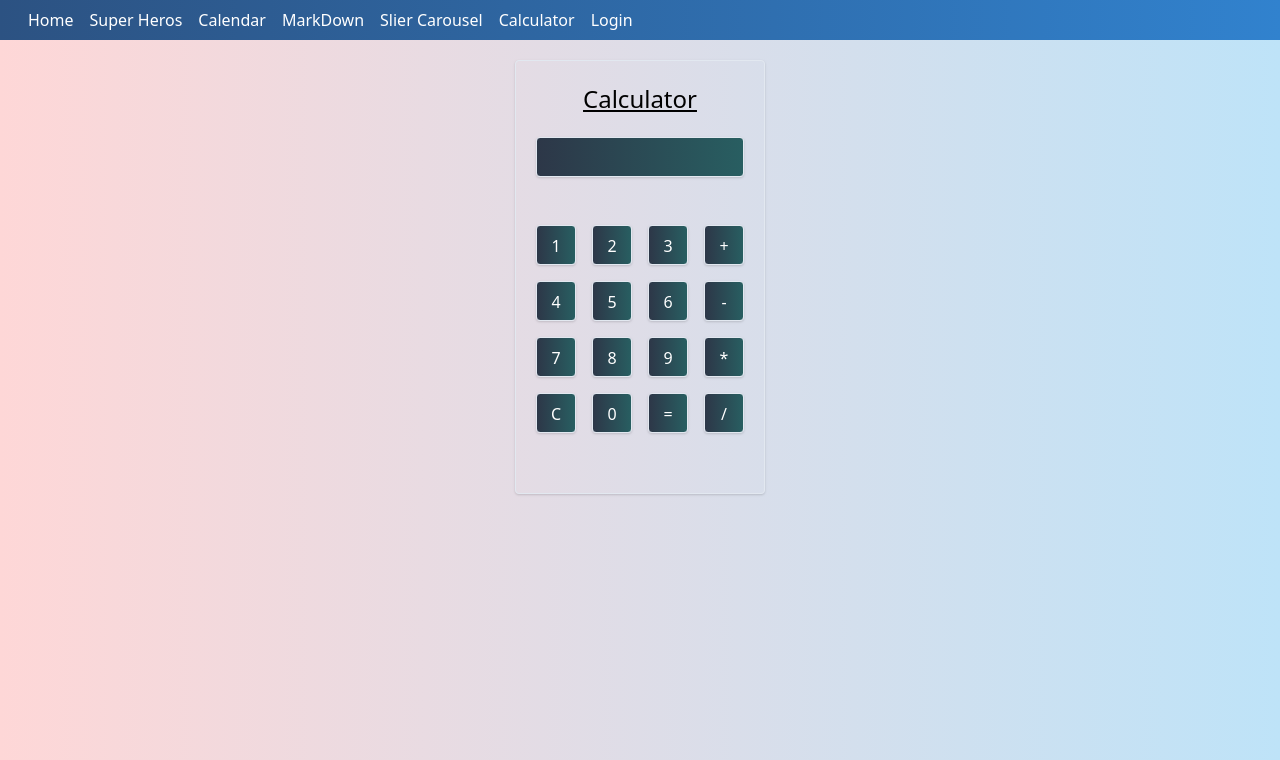
Repository: kshvkndl/VueFullCoursePractice
Page: /calculator
These files come from the project's save history. The page is drawn as it stood at one moment and after the next save; the edit follows.
The browser window is 1280 px wide. The pictures show the whole page.
The project was rebuilt for these pictures with package versions that can differ from the ones it lists, and the page was loaded fresh each time. Also part of the build but not shown: src/components/login/GoogleLogin.vue, src/components/LoginModal.vue, src/pages/SuperHeros.vue, src/pages/Calender.vue, src/pages/Home.vue, src/utilities/mixins/debounce.js, src/pages/MarkDown.vue, src/pages/Slider.vue.

Above is the page before, as saved 2020-11-24 17:26:31.

After the next save:
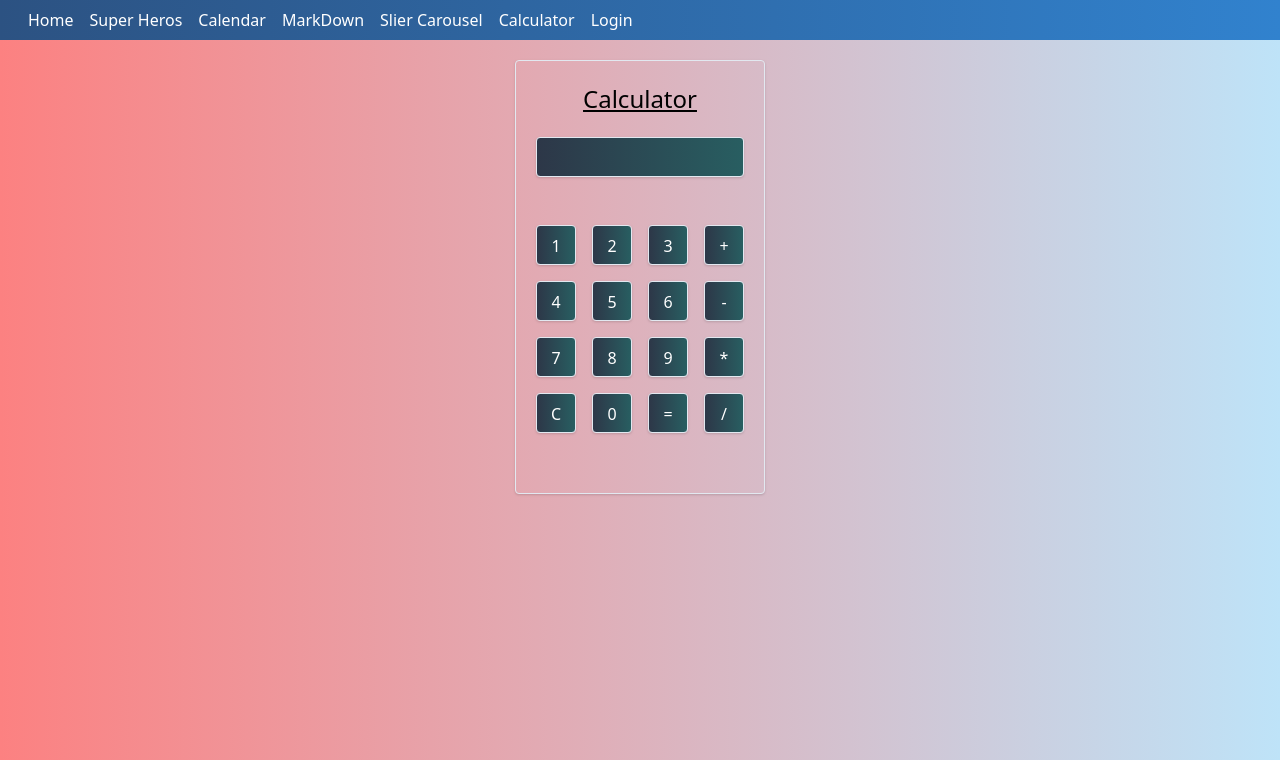
Saved 7 s later.
--- a/src/pages/Calculator.vue
+++ b/src/pages/Calculator.vue
@@ -1,6 +1,6 @@
 <template>
   <section
-    class="flex w-full h-screen bg-gradient-to-r from-red-200 to-blue-200"
+    class="flex w-full h-screen bg-gradient-to-r from-red-400 to-blue-200"
   >
     <div class="m-auto border rounded shadow p-5 mt-5">
       <h1 class="text-2xl text-center"><u>Calculator</u></h1>
